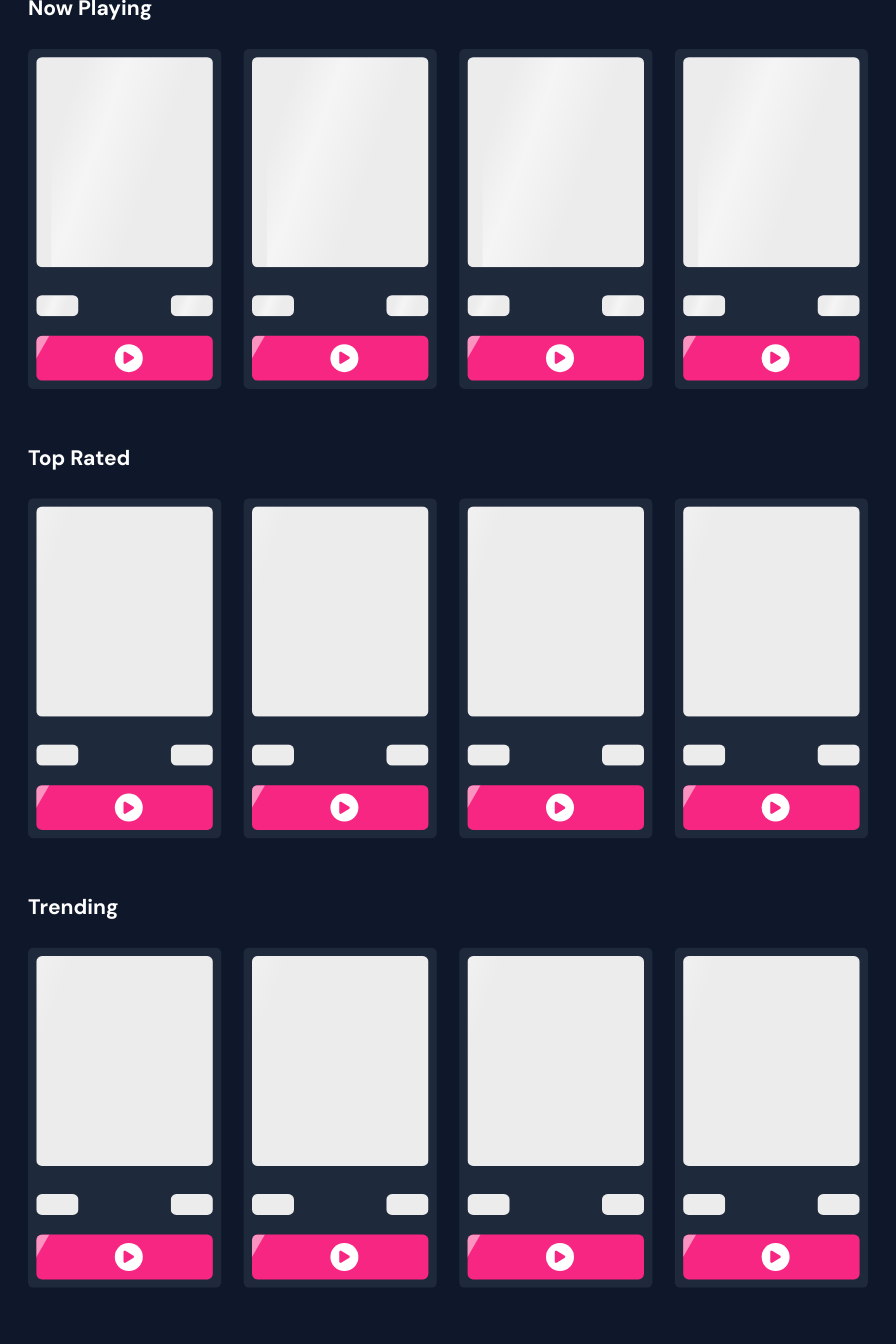
Repository: Linhyum/react-simple-movie
Page: /
An editor plug-in stored every save of this project. The page is shown before and after the next save, followed by the edit.
The browser window is 1280 px wide. The pictures show the part of the page from y = 814 to 2734 px (the page is 2734 px tall before and 2710 px after), at 70% of full size.
The page's requests for data from a server got no answer. The project was rebuilt for these pictures with package versions that can differ from the ones it lists, and the page was loaded fresh each time. No one was signed in, and anything a server would have sent is missing.

Above is the page before, as saved 2023-04-02 21:05:27.

### public/index.html
<!DOCTYPE html>
<html lang="en">
    <head>
        <meta charset="utf-8" />
        <link rel="icon" href="%PUBLIC_URL%/favicon.ico" />
        <meta name="viewport" content="width=device-width, initial-scale=1" />
        <meta name="theme-color" content="#000000" />
        <meta name="description" content="Web site created using create-react-app" />
        <link rel="apple-touch-icon" href="%PUBLIC_URL%/logo192.png" />
        <!--
      manifest.json provides metadata used when your web app is installed on a
      user's mobile device or desktop. See https://developers.google.com/web/fundamentals/web-app-manifest/
    -->
        <link rel="manifest" href="%PUBLIC_URL%/manifest.json" />
        <link
            rel="stylesheet"
            href="https://cdnjs.cloudflare.com/ajax/libs/font-awesome/6.4.0/css/all.min.css"
            integrity="sha512-iecdLmaskl7CVkqkXNQ/ZH/XLlvWZOJyj7Yy7tcenmpD1ypASozpmT/E0iPtmFIB46ZmdtAc9eNBvH0H/ZpiBw=="
            crossorigin="anonymous"
            referrerpolicy="no-referrer"
        />
        <!--
      Notice the use of %PUBLIC_URL% in the tags above.
      It will be replaced with the URL of the `public` folder during the build.
      Only files inside the `public` folder can be referenced from the HTML.

      Unlike "/favicon.ico" or "favicon.ico", "%PUBLIC_URL%/favicon.ico" will
      work correctly both with client-side routing and a non-root public URL.
      Learn how to configure a non-root public URL by running `npm run build`.
    -->
        <title>React App</title>
    </head>
    <body>
        <noscript>You need to enable JavaScript to run this app.</noscript>
        <div id="root"></div>
        <!--
      This HTML file is a template.
      If you open it directly in the browser, you will see an empty page.

      You can add webfonts, meta tags, or analytics to this file.
      The build step will place the bundled scripts into the <body> tag.

      To begin the development, run `npm start` or `yarn start`.
      To create a production bundle, use `npm run build` or `yarn build`.
    --></body>
</html>

### src/index.js
import React from "react";
import ReactDOM from "react-dom/client";
import "./index.scss";
import App from "./App";
import reportWebVitals from "./reportWebVitals";
import { BrowserRouter } from "react-router-dom";

const root = ReactDOM.createRoot(document.getElementById("root"));
root.render(
    <React.StrictMode>
        <BrowserRouter>
            <App />
        </BrowserRouter>
    </React.StrictMode>
);

// If you want to start measuring performance in your app, pass a function
// to log results (for example: reportWebVitals(console.log))
// or send to an analytics endpoint. Learn more: https://bit.ly/CRA-vitals
reportWebVitals();

### src/index.scss
@tailwind base;
@tailwind components;
@tailwind utilities;
@import url("https://fonts.googleapis.com/css2?family=DM+Sans:wght@400;500;700&display=swap");

@layer base {
    body.dark {
        @apply bg-slate-900 font-body px-5 text-white;
    }

    body {
        @apply bg-white text-slate-900;
        transition: all linear 0.3s;
    }
    body input {
        @apply text-white;
    }

    .pagination {
        display: flex;
        align-items: center;
        justify-content: center;
        column-gap: 30px;
        font-size: 22px;
        font-weight: 500;
    }

    .pagination .active {
        @apply text-primary;
    }

    @media (max-width: 639px) {
        .moive-page {
            @apply grid-cols-1;
        }
    }

    :root {
        --swiper-theme-color: #f62682 !important;
        --swiper-pagination-bullet-inactive-color: #aaa !important;
        --swiper-pagination-bullet-inactive-opacity: 1;
    }
    .swiper-button-prev,
    .swiper-button-next {
        position: absolute !important;
        top: 50% !important;
        width: 60px !important;
        height: 60px !important;
        margin-top: -12.5px !important;
        z-index: 10 !important;
        cursor: pointer !important;
        border-radius: 50% !important;
        background: rgb(204, 204, 204, 0.7) !important;
        transition: all 0.3s ease !important;
        display: flex;
        justify-content: center !important;
        align-items: center !important;
        font-weight: 700 !important;
    }

    .swiper-button-prev {
        left: 0;
    }

    .swiper-button-next {
        right: 0;
    }

    .swiper-button-prev:hover,
    .swiper-button-next:hover {
        background: rgb(204, 204, 204) !important;
    }
    .movie-list .swiper-pagination {
        display: none;
    }

    @media (max-width: 1023px) {
        .banner .swiper-pagination {
            display: none !important;
        }
    }
    .skeleton {
        background-color: #eee;
        background-image: linear-gradient(110deg, #ececec 8%, #f5f5f5 18%, #ececec 33%);
        background-size: 200% 100%;
        animation: 1.5s shine linear infinite;
    }
    @keyframes shine {
        to {
            background-position-x: -200%;
        }
    }
    /* Tạo thanh cuộn */
    body::-webkit-scrollbar {
        width: 10px;
    }

    /* Tạo màu nền cho thanh cuộn */
    body::-webkit-scrollbar-track {
        background-color: #eee;
    }

    /* Tạo màu cho thanh cuộn */
    body::-webkit-scrollbar-thumb {
        background-color: #f62682;
        border-radius: 5px;
    }
    button {
        position: relative;
        overflow: hidden;
        transition: all 0.3s ease-in-out;
    }

    button:before {
        content: "";
        position: absolute;
        top: 0;
        left: -100%;
        width: 100%;
        height: 100%;
        background-color: rgba(255, 255, 255, 0.5);
        transform: skewX(-30deg);
        transition: all 0.3s ease-in-out;
    }

    button:hover:before {
        left: 0;
    }

    button:hover {
        @apply bg-blue-600;
    }
    button:hover div {
        @apply text-blue-600;
    }
    button div {
        transition: all 0.3s ease-in-out;
    }
}

@layer components {
    .page-container {
        max-width: 1200px;
        @apply mx-auto;
    }
    .movie-list .swiper-slide {
        width: 270px;
    }
    .banner .swiper {
        height: 100%;
    }
    .trailer iframe {
        width: 100%;
        height: 100%;
    }
}

### src/App.js
import { Route, Routes } from "react-router-dom";
import Main from "./components/layout/Main";
// import HomePage from "./pages/HomePage";
// import MovieDetailsPage from "./pages/MovieDetailsPage";
// import MoviePage from "./pages/MoviePage";
import { lazy, Suspense } from "react";

const HomePage = lazy(() => import("./pages/HomePage"));
const MoviePage = lazy(() => import("./pages/MoviePage"));
const MovieDetailsPage = lazy(() => import("./pages/MovieDetailsPage"));

function App() {
    return (
        <Suspense fallback={<></>}>
            <Routes>
                <Route element={<Main></Main>}>
                    <Route path="/" element={<HomePage></HomePage>}></Route>
                    <Route path="/movies" element={<MoviePage></MoviePage>}></Route>
                    <Route
                        path="/movies/:slug"
                        element={<MovieDetailsPage></MovieDetailsPage>}
                    ></Route>
                </Route>
            </Routes>
        </Suspense>
    );
}

export default App;

### src/components/layout/Main.js
import React from "react";
import Header from "./Header";
import { Outlet } from "react-router-dom";
const Main = () => {
    return (
        <>
            <Header></Header>
            <Outlet></Outlet>
        </>
    );
};

export default Main;

### src/pages/HomePage.js
import React from "react";
import Banner from "../components/banner/Banner";
import MovieList from "../components/movie/MovieList";

const HomePage = () => {
    return (
        <>
            <Banner></Banner>
            <section className="movies-layout page-container pb-20">
                <h2 className="capitalize  mb-10 text-3xl font-bold">Now playing</h2>
                <MovieList type={"now_playing"}></MovieList>
            </section>

            <section className="movies-layout page-container pb-20">
                <h2 className="capitalize  mb-10 text-3xl font-bold">Top Rated</h2>
                <MovieList type={"top_rated"}></MovieList>
            </section>

            <section className="movies-layout page-container pb-20">
                <h2 className="capitalize  mb-10 text-3xl font-bold">Trending</h2>
                <MovieList type={"popular"}></MovieList>
            </section>
        </>
    );
};

export default HomePage;

### src/components/layout/Header.js
import React, { useState } from "react";
import { NavLink } from "react-router-dom";

const Header = () => {
    const [dark, setDark] = useState(true);
    const active = ({ isActive }) => isActive && "text-primary";
    const handleClick = () => {
        window.scrollTo({ top: 0, behavior: "smooth" });
    };
    if (dark) {
        document.body.classList.add("dark");
    } else {
        document.body.classList.remove("dark");
    }
    return (
        <>
            <header className="header text-xl font-semibold flex items-center justify-center gap-x-10  py-10 mb-5">
                <NavLink to={"/"} className={active}>
                    Home
                </NavLink>
                <NavLink to={"/movies"} className={active}>
                    Movies
                </NavLink>
            </header>
            <button
                className="fixed z-50 bottom-8 right-8  w-12 h-12 rounded-full bg-primary text-2xl"
                onClick={handleClick}
            >
                <i class="fa-solid fa-house"></i>
            </button>
            <div className="fixed top-3 right-3 z-50">
                <div
                    className={`relative transition-all duration-300 w-20 h-9 flex items-center cursor-pointer rounded-full ${
                        dark ? "bg-primary" : "bg-slate-400"
                    } `}
                    onClick={() => setDark(!dark)}
                >
                    <div
                        className={`absolute flex items-center justify-center transition-all duration-300 w-8 h-8 rounded-full  ${
                            dark ? "left-full -translate-x-full bg-white" : "left-0 bg-primary"
                        }`}
                    >
                        <i
                            className={`${
                                dark
                                    ? "fa-solid fa-moon text-primary"
                                    : "fa-solid fa-sun text-white"
                            }`}
                        ></i>
                    </div>
                </div>
            </div>
        </>
    );
};

export default Header;

### src/components/banner/Banner.js
import React from "react";
import useSWR from "swr";
import { SwiperSlide, Swiper } from "swiper/react";
import "swiper/scss";
import { fetcher, getImg, getMovieList } from "../../config";
import { useNavigate } from "react-router-dom";
import SwiperCore, { Navigation, Pagination, Autoplay } from "swiper";
import "swiper/swiper-bundle.css";
SwiperCore.use([Navigation, Pagination, Autoplay]);
const Banner = () => {
    const { data } = useSWR(getMovieList("upcoming"), fetcher);
    const banners = data?.results || [];
    return (
        <section className="banner h-[600px] page-container mb-20 ">
            <Swiper
                navigation={{ prevEl: ".swiper-button-prev", nextEl: ".swiper-button-next" }}
                autoplay={{ delay: 5000, disableOnInteraction: false }}
                pagination={{ clickable: true }}
                slidesPerView={1}
            >
                {banners.length > 0 &&
                    banners.map((item) => (
                        <SwiperSlide key={item.id}>
                            <BannerItem info={item}></BannerItem>
                        </SwiperSlide>
                    ))}
                <div className="swiper-button-prev"></div>
                <div className="swiper-button-next"></div>
            </Swiper>
        </section>
    );
};

const BannerItem = ({ info }) => {
    const navigate = useNavigate();
    return (
        <div className="w-full h-full rounded-lg relative text-white">
            <div className="overlay absolute inset-0 bg-gradient-to-t from-[rgba(0,0,0,0.7)] to-[rgba(0,0,0,0.2)] rounded-lg"></div>
            <img
                src={getImg(info.poster_path)}
                alt=""
                className="w-full h-full object-cover rounded-lg"
            />
            <div className="absolute left-5 bottom-5 w-full ">
                <h2 className="font-bold text-3xl mb-5">{info.title}</h2>
                <div className="flex items-center gap-x-3 mb-8">
                    <span className="cursor-pointer py-2 px-4 border border-white rounded-md">
                        Adventure
                    </span>
                    <span className="cursor-pointer py-2 px-4 border border-white rounded-md">
                        Adventure
                    </span>
                    <span className="cursor-pointer py-2 px-4 border border-white rounded-md">
                        Adventure
                    </span>
                </div>
                <button
                    onClick={() => navigate(`/movies/${info.id}`)}
                    className="py-3 flex items-center justify-center gap-x-3 px-6 rounded-lg bg-primary text-xl  font-bold"
                >
                    <span>Watch Now</span>
                    <div className="w-10 h-10 rounded-full bg-white text-primary flex items-center justify-center">
                        <i class="fa-solid fa-play"></i>
                    </div>
                </button>
            </div>
        </div>
    );
};

export default Banner;

### src/components/movie/MovieList.js
import React from "react";
import { SwiperSlide, Swiper } from "swiper/react";
import "swiper/scss";
import useSWR from "swr";
import { fetcher, getMovieList } from "../../config";
import MovieCard, { MovieCardSkeleton } from "./MovieCard";
import SwiperCore, { Navigation, Pagination, Autoplay } from "swiper";
import "swiper/swiper-bundle.css";
SwiperCore.use([Navigation, Pagination, Autoplay]);
//https://api.themoviedb.org/3/movie/now_playing?api_key=<<api_key>>
//https://api.themoviedb.org/3/movie/popular?api_key=<<api_key>>
//https://api.themoviedb.org/3/movie/top_rated?api_key=<<api_key>>
let slidesPerView = 0;
const MovieList = ({ type }) => {
    const { data, isLoading } = useSWR(getMovieList(type), fetcher);
    const movies = data?.results || [];
    return (
        <div className="movie-list">
            <Swiper
                navigation={{ prevEl: ".swiper-button-prev", nextEl: ".swiper-button-next" }}
                spaceBetween={30}
                slidesPerView={slidesPerView}
                grabCursor={true}
                breakpoints={{
                    0: {
                        slidesPerView: 1,
                        spaceBetween: 0,
                    },
                    640: {
                        slidesPerView: 2,
                        spaceBetween: 20,
                    },
                    768: {
                        slidesPerView: 3,
                        spaceBetween: 20,
                    },
                    1024: {
                        slidesPerView: 4,
                        spaceBetween: 30,
                    },
                    1280: {
                        slidesPerView: 4,
                        spaceBetween: 30,
                    },
                    1536: {
                        slidesPerView: 5,
                        spaceBetween: 40,
                    },
                }}
            >
                {!isLoading && (
                    <div className="grid grid-cols-4 gap-x-8">
                        <MovieCardSkeleton></MovieCardSkeleton>
                        <MovieCardSkeleton></MovieCardSkeleton>
                        <MovieCardSkeleton></MovieCardSkeleton>
                        <MovieCardSkeleton></MovieCardSkeleton>
                    </div>
                )}
                {isLoading &&
                    movies.length > 0 &&
                    movies.map((item) => (
                        <SwiperSlide key={item.id}>
                            <MovieCard info={item}></MovieCard>
                        </SwiperSlide>
                    ))}
                <div className="swiper-button-prev"></div>
                <div className="swiper-button-next"></div>
            </Swiper>
        </div>
    );
};

export default MovieList;

### src/components/movie/MovieCard.js
import React from "react";
import { useNavigate } from "react-router-dom";
import Button from "../button/Button";

import { getImg } from "../../config";
import { withErrorBoundary } from "react-error-boundary";
import LoadingSkeleton from "../LoadingSkeleton";
const MovieCard = ({ info }) => {
    const navigate = useNavigate();
    return (
        <div className="movie-card text-white hover:shadow-lg hover:shadow-primary transition-all duration-300 rounded-lg p-3 bg-slate-800 select-none">
            <img
                src={getImg(info.poster_path)}
                alt=""
                className="object-cover w-full h-[350px] rounded-lg mb-5"
            />
            <h3 title={info.title} className="text-xl font-bold mb-3 truncate">
                {info.title}
            </h3>
            <div className="flex items-center justify-between text-sm  mb-7">
                <span className="opacity-50">{new Date(info.release_date).getFullYear()}</span>
                <div className="flex items-center gap-x-2">
                    <span className="opacity-50">{info.vote_average.toFixed(1)}</span>
                    <div className="text-yellow-400">
                        <i class="fa-solid fa-star"></i>
                    </div>
                </div>
            </div>
            <Button onclick={() => navigate(`/movies/${info.id}`)} title={"Watch now"}></Button>
        </div>
    );
};

function FallbackComponent() {
    return <p className="text-red-500 bg-red-200">Something went wrong with this component</p>;
}

export default withErrorBoundary(MovieCard, {
    FallbackComponent,
});

export function MovieCardSkeleton() {
    return (
        <div className="movie-card text-white hover:shadow-lg hover:shadow-primary transition-all duration-300 rounded-lg p-3 bg-slate-800 select-none">
            <LoadingSkeleton height="300px" radius="8px"></LoadingSkeleton>
            <div className="flex items-center justify-between text-sm mt-10  mb-7">
                <LoadingSkeleton height="30px" width="60px" radius="8px"></LoadingSkeleton>

                <div className="flex items-center gap-x-2">
                    <LoadingSkeleton height="30px" width="60px" radius="8px"></LoadingSkeleton>
                </div>
            </div>
            <Button></Button>
        </div>
    );
}

### src/config.js
const fetcher = (...args) => fetch(...args).then((res) => res.json());
const getMovieList = (type1 = "", type2 = "", type3 = "") =>
    `https://api.themoviedb.org/3${type3}/movie/${type1}${type2}?api_key=9e4dcf244e30611641c2a44c752a2353`;
const getImg = (type) => `https://image.tmdb.org/t/p/original${type}`;
export { fetcher, getMovieList, getImg };

### src/components/button/Button.js
import React from "react";

const Button = ({ onclick, title }) => {
    return (
        <button
            onClick={onclick}
            className="py-3 text-white flex items-center justify-center gap-x-3 bg-primary rounded-lg w-full text-xl font-bold hover:opacity-90"
        >
            <span>{title}</span>
            <div className="w-10 h-10 rounded-full bg-white text-primary flex items-center justify-center">
                <i class="fa-solid fa-play"></i>
            </div>
        </button>
    );
};

export default Button;

### src/components/LoadingSkeleton.js
import React from "react";

const LoadingSkeleton = (props) => {
    return (
        <div
            className={`skeleton ${props.className}`}
            style={{
                height: props.height,
                width: props.width || "100%",
                borderRadius: props.radius,
            }}
        ></div>
    );
};

export default LoadingSkeleton;

### tailwind.config.js
/** @type {import('tailwindcss').Config} */
module.exports = {
    content: ["./src/**/*.{js,jsx,ts,tsx}"],
    theme: {
        extend: {
            fontFamily: {
                body: ["DM Sans", "sans-serif"],
            },
            colors: {
                primary: "#f62682",
            },
        },
    },
    plugins: [],
};

Loaded but not shown: src/reportWebVitals.js (common file)

After the next save:
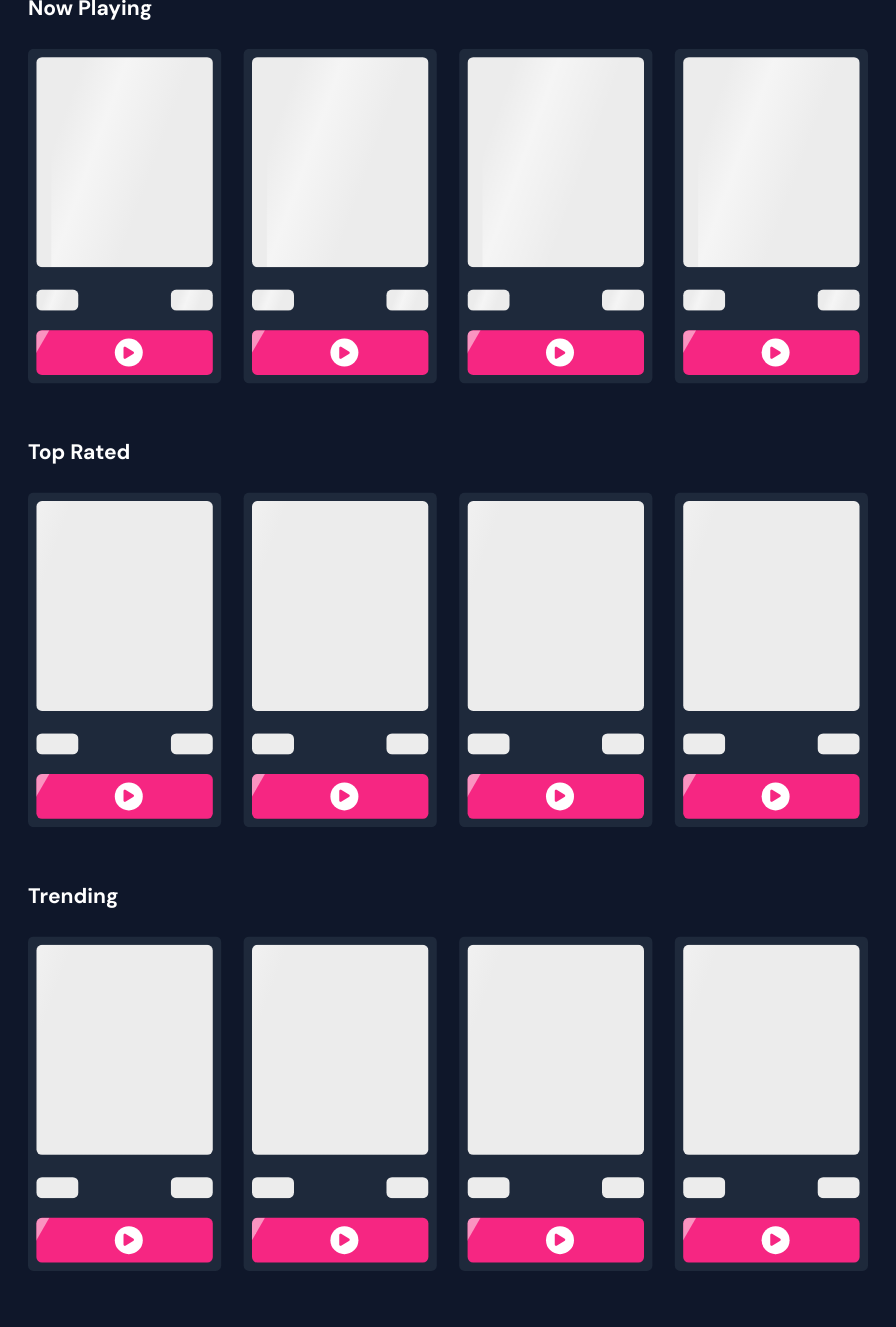
Saved 7 s later.
--- a/src/components/movie/MovieCard.js
+++ b/src/components/movie/MovieCard.js
@@ -43,7 +43,7 @@ export function MovieCardSkeleton() {
     return (
         <div className="movie-card text-white hover:shadow-lg hover:shadow-primary transition-all duration-300 rounded-lg p-3 bg-slate-800 select-none">
             <LoadingSkeleton height="300px" radius="8px"></LoadingSkeleton>
-            <div className="flex items-center justify-between text-sm mt-10  mb-7">
+            <div className="flex items-center justify-between text-sm mt-8  mb-7">
                 <LoadingSkeleton height="30px" width="60px" radius="8px"></LoadingSkeleton>
 
                 <div className="flex items-center gap-x-2">
